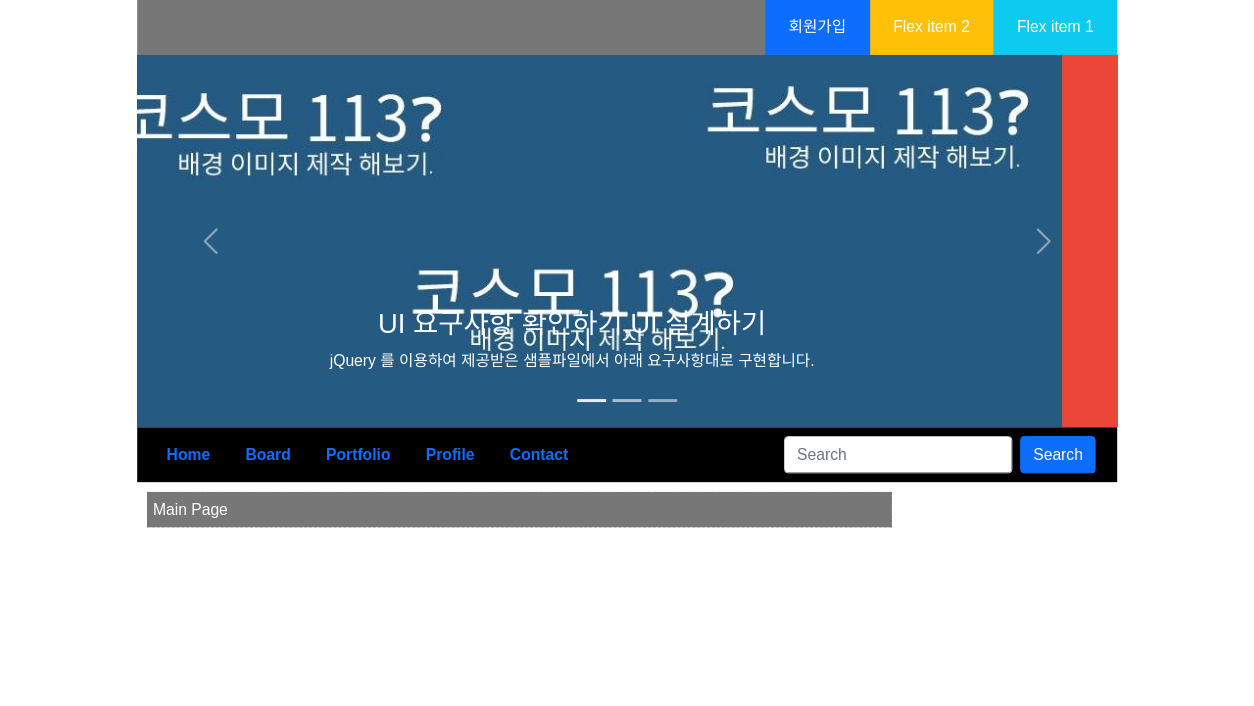
Repository: ilsang7389/12321
Page: http://localhost/spring1019_20_mvc/WEB-INF/views/main/index.jsp
An editor plug-in stored every save of this project. The page is shown before and after the next save, followed by the edit.
The browser window is 1280 px wide. The pictures show the whole page, at 98% of full size.
Some web libraries are served in a nearby version. The page is served by Tomcat 9. Nobody is signed in. The template is opened directly, without the code that normally fills it, so the values that code supplies are empty.

Above is the page before, as saved 2023-10-19 05:35:59.

After the next save:
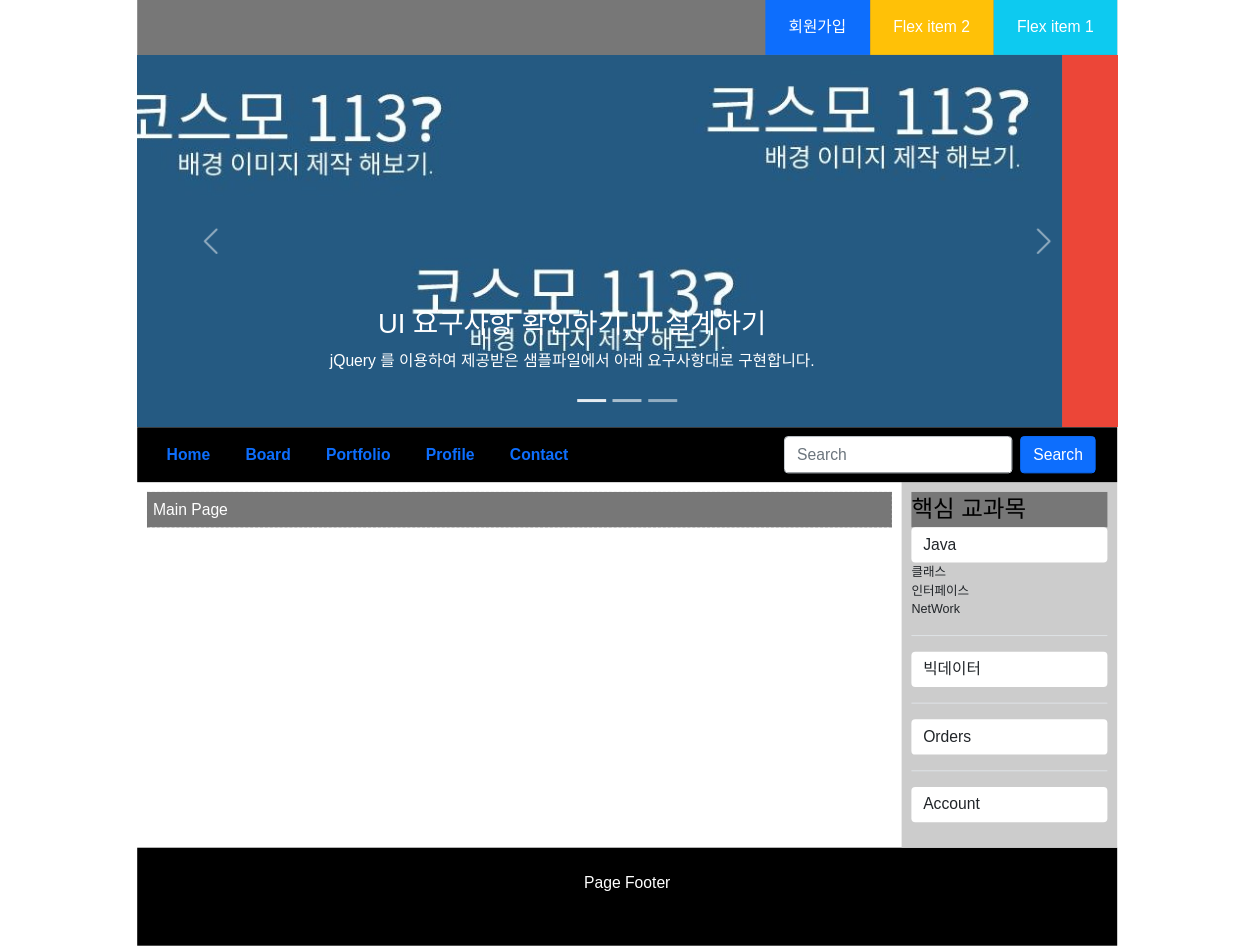
Saved 22 s later.
--- a/spring1019_20_mvc/WebContent/WEB-INF/views/main/index.jsp
+++ b/spring1019_20_mvc/WebContent/WEB-INF/views/main/index.jsp
@@ -5,3 +5,4 @@
 <article>
 	<header style="color: white;"> Main Page</header>
 </article>
+<%@include file="../temp/footer.jsp"%>
